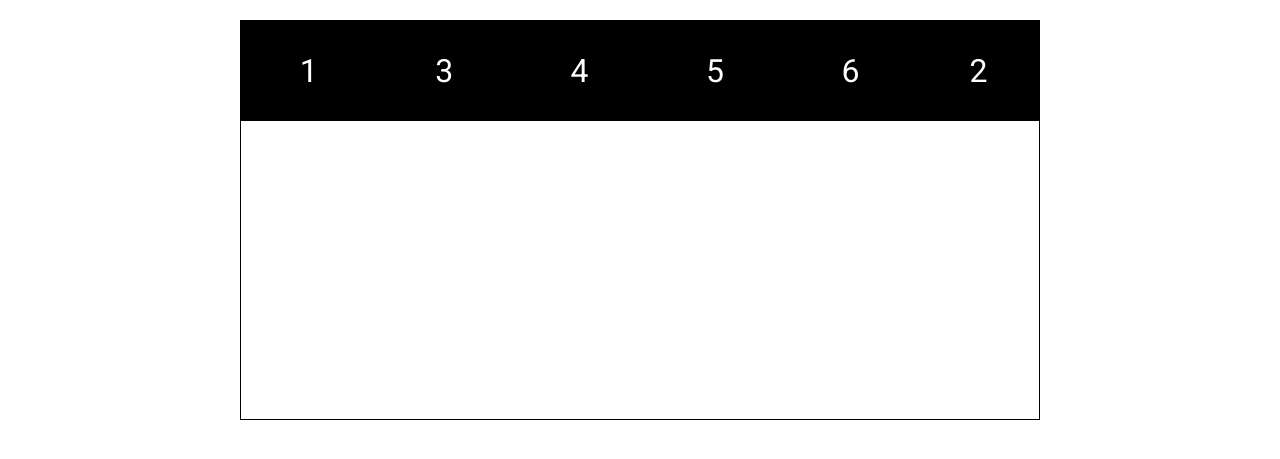
Repository: JavaProgrammerFromEastEurope/project-css-full-tutorial
Page: 14_lesson/index.html
An editor plug-in stored every save of this project. The page is shown before and after a run of saves, followed by the edit.
The browser window is 1280 px wide. The pictures show the whole page.

Above is the page before, as saved 2023-04-07 11:37:34.

### 14_lesson/index.html
<!DOCTYPE html>
<html lang="en">
  <head>
    <meta charset="UTF-8" />
    <meta http-equiv="X-UA-Compatible" content="IE=edge" />
    <meta name="viewport" content="width=device-width, initial-scale=1.0" />
    <title>CSS Flexbox</title>
    <link rel="stylesheet" href="css/style.css" />
  </head>

  <body>
    <main class="container">
      <div class="box">1</div>
      <div class="box">2</div>
      <div class="box">3</div>
      <div class="box">4</div>
      <div class="box">5</div>
      <div class="box">6</div>
    </main>
  </body>
</html>

### 14_lesson/css/style.css
@import url("https://fonts.googleapis.com/css2?family=Roboto&display=swap");

* {
  margin: 0;
  padding: 0;
  box-sizing: border-box;
}

body {
  font-family: "Roboto", sans-serif;
  min-height: 100vh;
  padding: 20px;
}

.container {
  max-width: 800px;
  min-height: 400px;
  margin-inline: auto;
  border: 1px solid #000;
  display: flex;
}

.box {
  /* min-width: 100px; */
  height: 100px;
  background-color: #000;
  color: #fff;
  font-size: 2rem;
  padding: 0.5rem;

  display: flex;
  justify-content: center;
  align-items: center;

  flex: 1 1 150px;
}

.box:nth-child(2) {
  flex: 2 2 150px;
  order: 1;
}

After the next 2 saves:
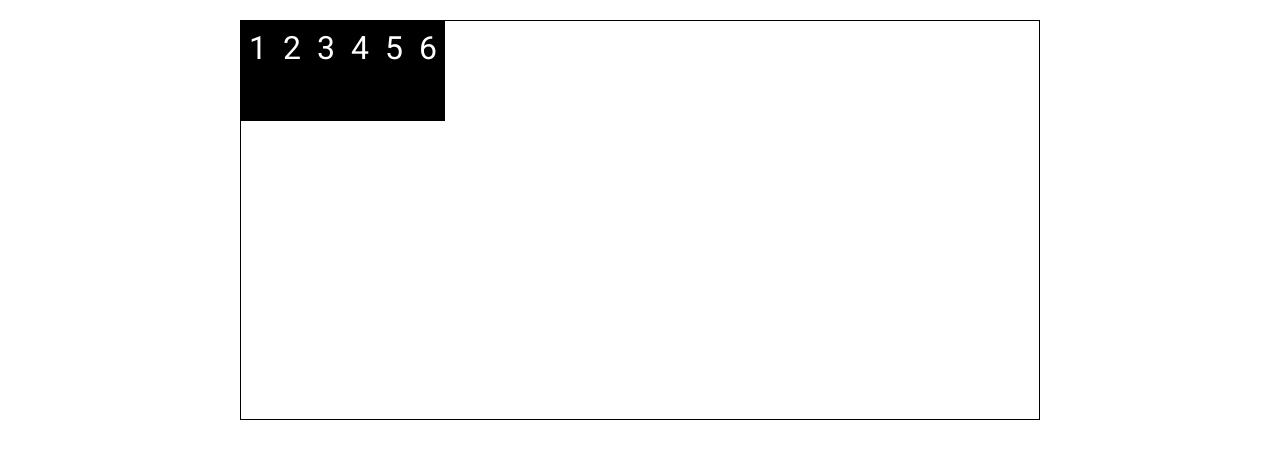
The 2 saves are shown as one change because they came seconds apart.
The last was saved 13 s later.
--- a/14_lesson/css/style.css
+++ b/14_lesson/css/style.css
@@ -28,14 +28,4 @@ body {
   font-size: 2rem;
   padding: 0.5rem;
 
-  display: flex;
-  justify-content: center;
-  align-items: center;
-
-  flex: 1 1 150px;
 }
-
-.box:nth-child(2) {
-  flex: 2 2 150px;
-  order: 1;
-}
